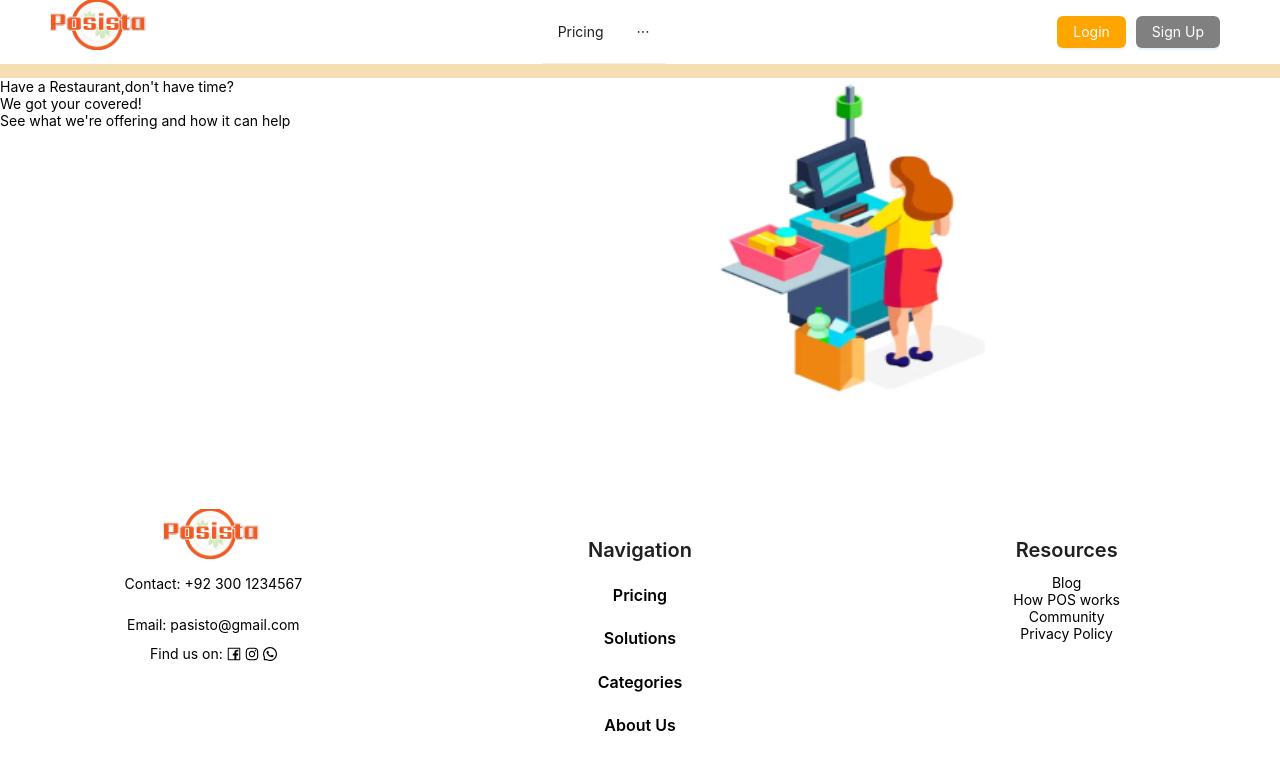
Repository: usmanarshad90/Posista
Page: / (app in test/)
An editor plug-in stored every save of this project. The page is shown before and after the next save, followed by the edit.
The browser window is 1280 px wide. The pictures show the whole page.
The project was rebuilt for these pictures with package versions that can differ from the ones it lists, and the page was loaded fresh each time. Also part of the build but not shown: test/src/components/Pricing/Pricing.jsx, test/src/components/Solution/Solutions.jsx, test/src/components/About/AboutUs.jsx, test/src/components/login/login.jsx, test/src/components/signup/signup.jsx.

Above is the page before, as saved 2023-11-28 14:53:17.

### test/public/index.html
<!DOCTYPE html>
<html lang="en">
  <head>
    <meta charset="utf-8" />
    <link rel="icon" href="%PUBLIC_URL%/favicon.ico" />
    <meta name="viewport" content="width=device-width, initial-scale=1" />
    <meta name="theme-color" content="#000000" />
    <meta
      name="description"
      content="Web site created using create-react-app"
    />
    <link rel="apple-touch-icon" href="%PUBLIC_URL%/logo192.png" />

    <link rel="manifest" href="%PUBLIC_URL%/manifest.json" />

    <title>Posisto</title>
  </head>
  <body>
    <noscript>You need to enable JavaScript to run this app.</noscript>
    <div id="root"></div>



  </body>
</html>

### test/src/index.css
body {
  margin: 0;
  font-family: -apple-system, BlinkMacSystemFont, 'Segoe UI', 'Roboto', 'Oxygen',
    'Ubuntu', 'Cantarell', 'Fira Sans', 'Droid Sans', 'Helvetica Neue',
    sans-serif;
  -webkit-font-smoothing: antialiased;
  -moz-osx-font-smoothing: grayscale;
}

code {
  font-family: source-code-pro, Menlo, Monaco, Consolas, 'Courier New',
    monospace;
}
.background{
  background-image: url("./images/background.jpg")!important;

}



/* .container{
  max-width: 1000px;
  margin: auto;
  width: 100%;
  padding-inline: 1rem;
  padding-block:5rem;

} */

### test/src/App.js
import {BrowserRouter  as Router , Routes , Route} from 'react-router-dom'
import Home from './components/Home/Home';

import Pricing from './components/Pricing/Pricing';
import Solutions from './components/Solution/Solutions';
import AboutUs from './components/About/AboutUs';
import Login from './components/login/login';
import SignUp from './components/signup/signup';


function App() {
  return (
    <Router>
    {/* if i can do it like this all pages come on the header */}

      <Routes>

        {/* if i can do it like this header individually come on the each page*/}

        <Route path="/" element={< Home/>} />
        <Route path="/login" element={<Login/>}/>
        <Route path="/signup" element={<SignUp/>} />

        <Route path="/pricing" element={< Pricing/>} />
        <Route path="/solution" element={< Solutions/>} />
        <Route path="/about" element={<AboutUs/>} />

        </Routes>
        {/* for footer i can call here */}

        </Router>
  );
}

export default App;

### test/src/components/Home/Home.jsx
import React from 'react'
import PageHeader from '../PageHeader/PageHeader'
import HeroSection from '../HeroSection/HeroSection'
import PageFooter from '../Footer/Footer'

const Home = () => {
  return (
    <>
    <PageHeader/>
    <HeroSection/>



    <PageFooter/>

    </>
  )
}

export default Home

### test/src/components/PageHeader/PageHeader.jsx
import React from 'react'
import { Layout, Menu, Button, Row, Col } from 'antd';
import { Link } from 'react-router-dom';
import logoimage from '../../images/posistologo.png'
import {HomeOutlined, UserOutlined,SettingOutlined,} from '@ant-design/icons';

const { Header } = Layout;
const PageHeader = () => {
  return (
    <Row>
      <Col lg={24} xl={24} md={12} xs={4} >
    <Layout className="layout">
    <Header style={{ display: 'flex', justifyContent: 'space-between' ,backgroundColor: 'white' }}>
      <div className="logo" >

      <Link to={'/'}><img src={logoimage} alt="" width="100px"  /></Link>
        </div>
      <Menu  mode="horizontal" style={ {color:'black',backgroundColor: 'transparent'}} >
        <Link to={'/pricing'} ><Menu.Item key="1" >Pricing</Menu.Item></Link>


        <Link to={'/solution'} ><Menu.Item key="2" >Solutions</Menu.Item></Link>

        <Link to={'/about'} ><Menu.Item key="3" >About Us</Menu.Item></Link>
      </Menu>

      <div>

        <Link to="/login"><Button type="primary" style={{ marginRight: '10px', backgroundColor: 'orange' }}>Login</Button>
        </Link>
        <Link to="/signup"><Button type="primary" style={{ marginRight: '10px', backgroundColor: 'grey' }}>Sign Up</Button></Link>
      </div>




    </Header>
  </Layout>
  </Col>
  </Row>
  )
}

export default PageHeader;

### test/src/components/HeroSection/HeroSection.jsx
import React from 'react'
import { Row,Col,Image,Divider} from 'antd';

import image from '../../images/design.png'

const HeroSection = () => {




      const DemoBox = (props) => <p className={`height-${props.value}`}>{props.children}</p>;
  return (
    <>
    <Row  >
      <Col  lg={{ span:24, order: 1 }} md={24} xs={24} xl={24} xxl={24}  style={{background:'wheat'}}>
      <DemoBox value={'100%'}> </DemoBox>
        </Col>

    <Col lg={{ span: 12, order: 2 }} md={8} xs={4} xl={12}>

    <div   >

         Have a Restaurant,don't have time? <br />
         We got your covered! <br/>

         <div   >See what we're offering and how it can help <br />


         </div>
    </div>
    </Col>
    <Col lg={{ span: 12, order: 3 }}md={8} xs={4} xl={12}>
    <Image width={'70%'} preview={false} height={'90%'} src={image} alt="#" />

    </Col>
   </Row>
   </>
  )
}

export default HeroSection

### test/src/components/Footer/Footer.jsx
import React from 'react';
import { Layout, Menu, Row, Col, Typography } from 'antd';
import { Link } from 'react-router-dom';
import logoimage from '../../images/posistologo.png';
import { FacebookOutlined, InstagramOutlined, WhatsAppOutlined } from '@ant-design/icons';

const Footer = () => {
  const style = {
    padding: '12px',
    textAlign: 'center', // Center text within each column
    color:'black',
  };

  return (
    <Row>
      <Col lg={{ span: 8, order: 1 }} md={6} xs={4} xl={8} xxl={8} style={style}>
        <div className="logo" >
          <Link to={'/'}>
            <img src={logoimage} alt="" width="100px" />
          </Link>
        </div>
        <div style={style}>Contact: +92 300 1234567</div>
        <div style={style}>Email: pasisto@gmail.com</div>
        <div>
          Find us on: <FacebookOutlined /> <InstagramOutlined /> <WhatsAppOutlined />
        </div>
      </Col>

      <Col lg={{ span: 8, order: 1 }} md={6} xs={4} xl={8} xxl={8} style={style}>
        <Typography.Title level={4} >Navigation </Typography.Title>
        <Typography.Title level={5}>
          <Link to={'/pricing'} style={{ color: 'black' }} >
            Pricing
          </Link>{' '}
        </Typography.Title>
        <Typography.Title level={5}>
          <Link to={'/solution'} style={{ color: 'black' }}>
            Solutions
          </Link>
        </Typography.Title>
        <Typography.Title level={5}>
          <Link to={'/about'} style={{ color: 'black' }}>
            Categories
          </Link>
        </Typography.Title>
        <Typography.Title level={5}>
          <Link to={'/about'} style={{ color: 'black' }}>
            About Us
          </Link>
        </Typography.Title>
      </Col>

      <Col lg={{ span: 8, order: 1 }} md={6} xs={4} xl={8} xxl={8} style={style}>
        <Typography.Title level={4}>Resources</Typography.Title>
        <div>Blog</div>
        <div>How POS works</div>
        <div>Community</div>
        <div>Privacy Policy</div>
      </Col>
    </Row>
  );
};

export default Footer;

Loaded but not shown: test/src/index.js (common file)

After the next save:
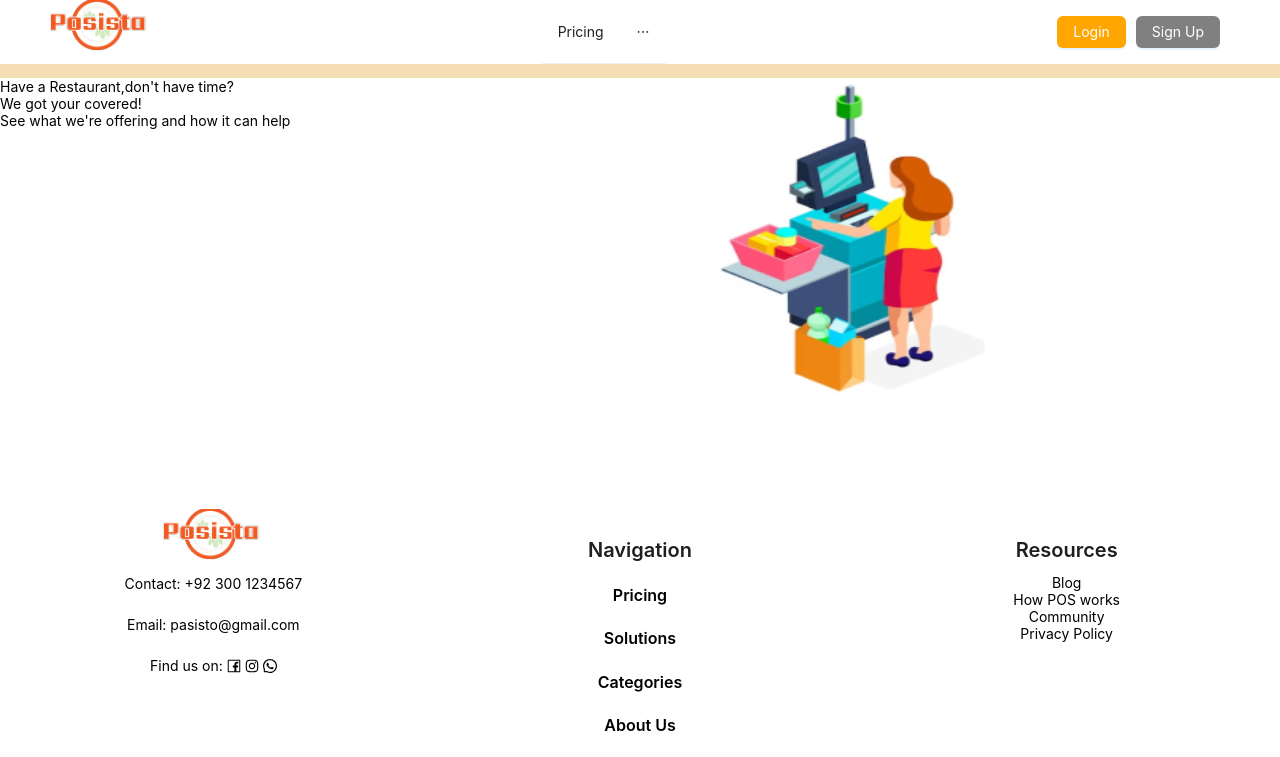
Saved 7 s later.
--- a/test/src/components/Footer/Footer.jsx
+++ b/test/src/components/Footer/Footer.jsx
@@ -21,7 +21,7 @@ const Footer = () => {
         </div>
         <div style={style}>Contact: +92 300 1234567</div>
         <div style={style}>Email: pasisto@gmail.com</div>
-        <div>
+        <div style={style}>
           Find us on: <FacebookOutlined /> <InstagramOutlined /> <WhatsAppOutlined />
         </div>
       </Col>
